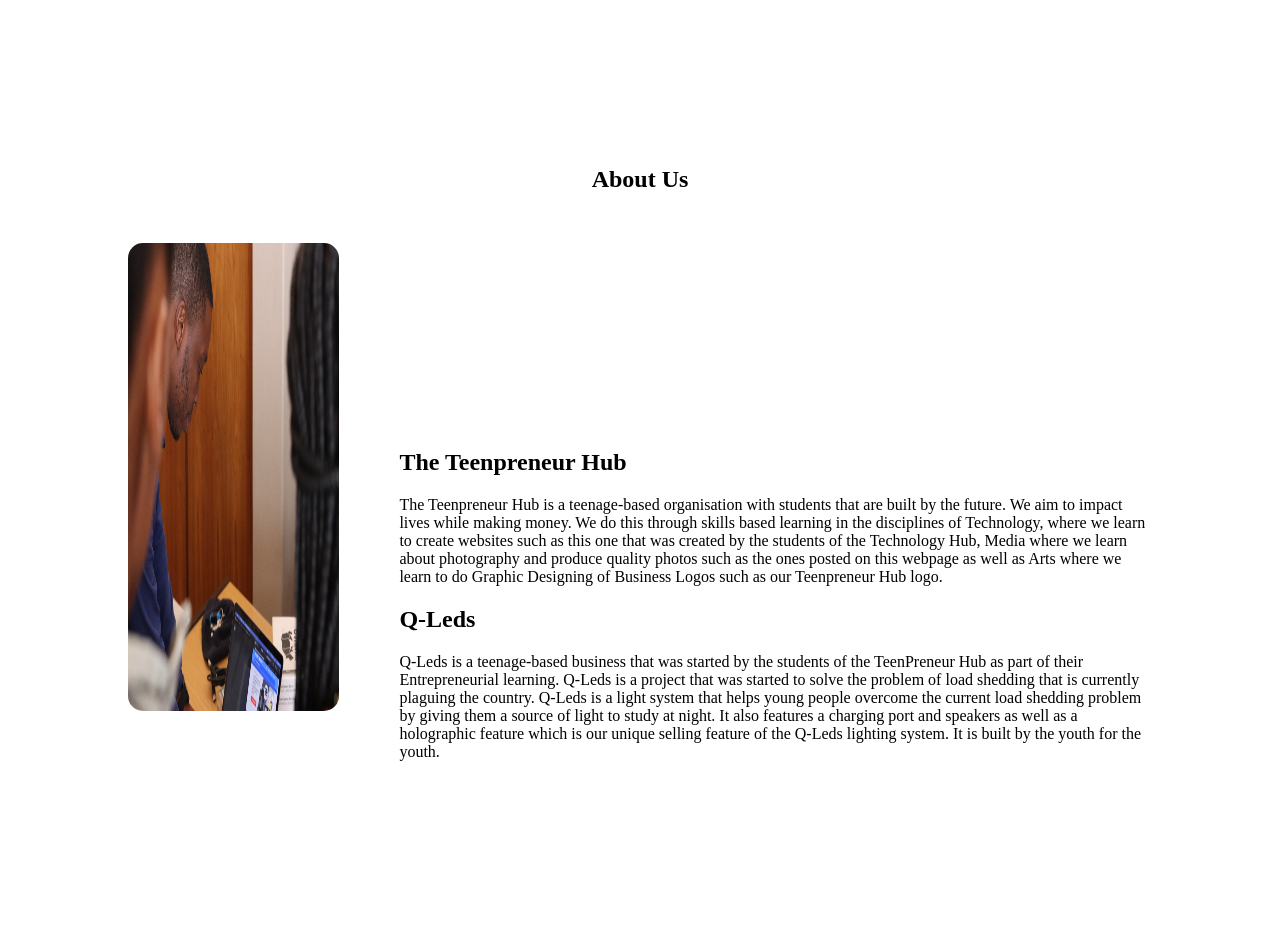
Repository: chadrackkyungu/4-BCT-TPH-Website
Page: index.html
The author's editor kept a copy of each file at every save. The page is drawn from the files as they stood at one save, then again after the next save.
The browser window is 1280 px wide. The pictures show the part of the page from y = 824 to 1776 px (the page is 2781 px tall).
A picture or video elsewhere on the page could not be fetched, so the positions and the page height are approximate.

Above is the page before, as saved 2022-10-21 09:19:28.

### index.html
<!DOCTYPE html>
<html lang="en">

<head>
    <meta charset="UTF-8">
    <meta http-equiv="X-UA-Compatible" content="IE=edge">
    <meta name="viewport" content="width=device-width, initial-scale=1.0">
    <title> TPH LAB </title>
    <link rel="stylesheet" href="/src/css/style.css">
</head>

<body>

    <div class="navigation">
        <div class="logocontainer">
            <img class="image1" src="./src/images/logo.png" alt="">
        </div>

        <ul class="nav-link">
            <a href="#about">
                <li>About</li>
            </a>
            <a href="#product">
                <li>Our Product</li>
            </a>
            <a href="#contact">
                <li>Contact Us</li>
            </a>
        </ul>
    </div>

    <div class="section1">
        <h2 class="title"> TEEN PRENEUR HUB 2022</h2>

        <div class="image-container">
            <img src="./src/images/img-2.jpeg" alt="">
        </div>
    </div>

    <div class="section1">
        <a id="about">
            <h2 class="title"> About Us</h2>
        </a>

        <div class="aboutcontainer">
            <div class="image-container">
                <img src="./src/images/img-2.jpeg" alt="">
            </div>


            <div class="contentcontainer">
                <h2>The Teenpreneur Hub</h2>

                <p>The Teenpreneur Hub is a teenage-based organisation with students that are built by the future. We aim to impact lives while making money. We do this through skills based learning in the disciplines of Technology, where we learn to create
                    websites such as this one that was created by the students of the Technology Hub, Media where we learn about photography and produce quality photos such as the ones posted on this webpage as well as Arts where we learn to do Graphic
                    Designing of Business Logos such as our Teenpreneur Hub logo.</p>

                <h2>Q-Leds</h2>

                <p>Q-Leds is a teenage-based business that was started by the students of the TeenPreneur Hub as part of their Entrepreneurial learning. Q-Leds is a project that was started to solve the problem of load shedding that is currently plaguing
                    the country. Q-Leds is a light system that helps young people overcome the current load shedding problem by giving them a source of light to study at night. It also features a charging port and speakers as well as a holographic feature
                    which is our unique selling feature of the Q-Leds lighting system. It is built by the youth for the youth.
                </p>

            </div>

        </div>
    </div>

    <div class="section1">
        <a id="product">
            <h2 class="title">Our Product</h2>
        </a>


        <div class="productcontainer">
            <div class="prductimagecontainer">
                <img src="./imagine.jpg" alt="">
            </div>
            <div class="prductimagecontainer">
                <img src="./imagine.jpg" alt="">
            </div>
            <div class="prductimagecontainer">
                <img src="./imagine.jpg" alt="">
            </div>
            <div class="prductimagecontainer">
                <img src="./imagine.jpg" alt="">
            </div>
            <div class="prductimagecontainer">
                <img src="./imagine.jpg" alt="">
            </div>
            <div class="prductimagecontainer">
                <img src="./imagine.jpg" alt="">
            </div>

        </div>
    </div>

    <div class="section1">
        <a id="contact">
            <h2 class="title"> Contact Us</h2>
        </a>

        <div class="contactcontainer">
            <div class="contactcontent">
                <P>Address: 52 Fife Avenue, Berea, Johannesburg, 2198</P>
                <p>Contact us on: 063 397 3539</p>
                <p>Email us on: mashudu@teenagers.org.za</p>
                <p><a href="https://teenagers.org.za/" target=" "> Website: www.teenagers.org.za </a></p>
                <p>Facebook: Teenagers Empowerment Program</p>
                <p>Instagram: @teenagersza</p>
            </div>
        </div>
    </div>

    <div class="nav-link"> </div>
</body>
<html>

### src/css/style.css
html,
body {
    box-sizing: 0;
    margin: 0;
    padding: 0;
}


/* NAVBAR */

.navigation {
    background-color: #509e2e;
    display: flex;
    justify-content: space-around;
    align-items: center;
}

.image1 {
    width: 100px;
}

.nav-link {
    display: flex;
}

.nav-link li {
    list-style-type: none;
    padding: 5px;
    color: white;
}

.nav-link a {
    text-decoration: none !important;
}


/* SECTION 1 */

.section1 {
    width: 80%;
    margin: 0 auto;
}

img {
    border-radius: 15px;
}

.title {
    text-align: center;
    margin-bottom: 50px;
    margin-top: 50px;
}

.image-container {
    width: 100%;
    height: 100vh;
}

.image-container img {
    width: 100%;
    height: 65% !important;
}

.aboutcontainer {
    display: flex;
    justify-content: space-around;
    align-items: center;
}

.contentcontainer {
    margin-left: 60px;
}

.productcontainer {
    display: grid;
    grid-template-columns: 1fr 1fr 1fr;
    gap: 20px;
}

.prductimagecontainer {
    width: 100%;
}

.prductimagecontainer img {
    width: 100%;
}

.contactcontainer {
    display: flex;
    justify-content: center;
    align-items: center;
}

.contactcontent {
    margin: auto 0;
    text-align: center;
}

.logocontainer {
    width: 10%;
}

.logocontainer img {
    width: 50%;
    border-radius: 100%;
}

After the next save:
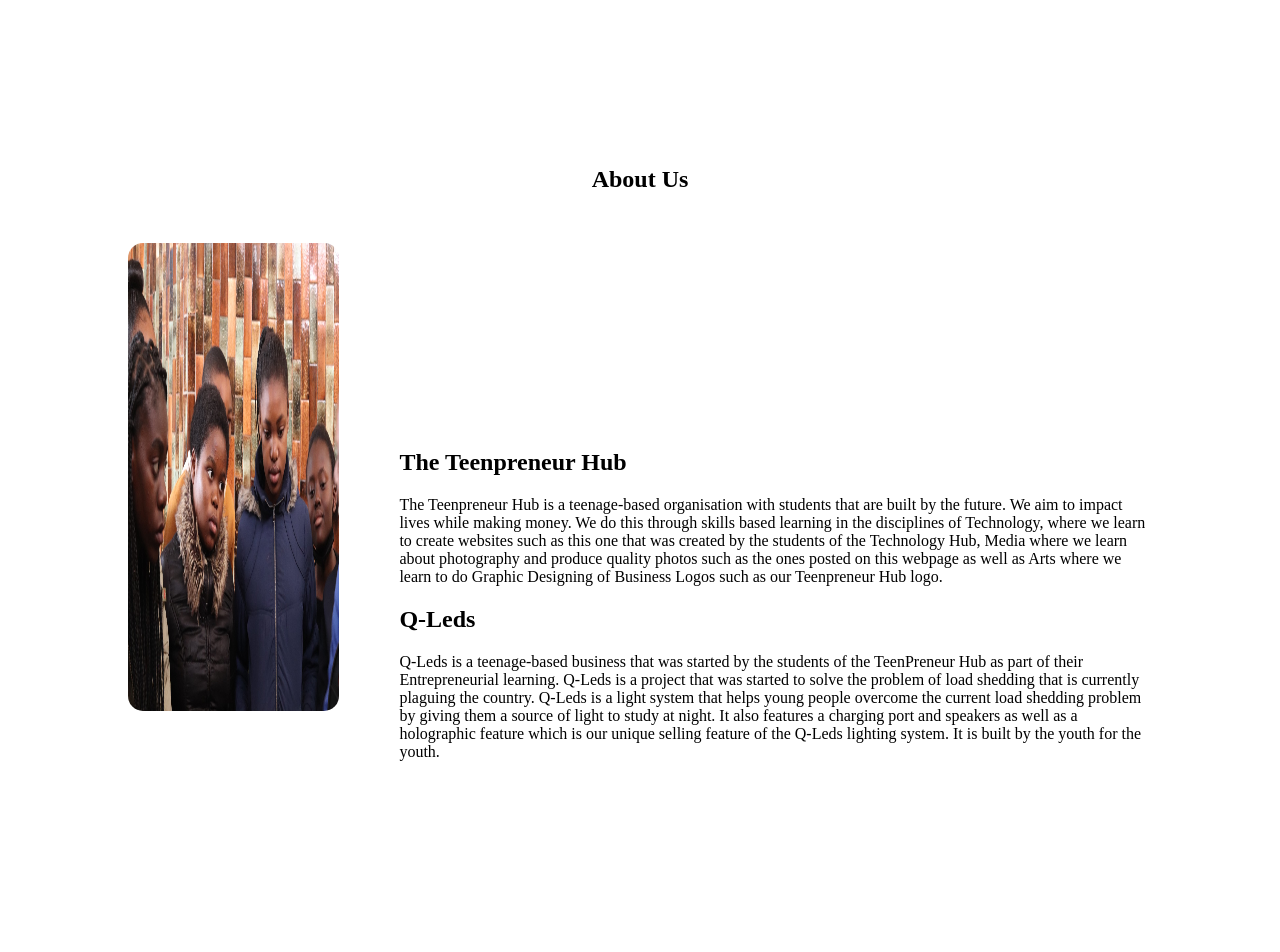
Saved 6 s later.
--- a/index.html
+++ b/index.html
@@ -44,7 +44,7 @@
 
         <div class="aboutcontainer">
             <div class="image-container">
-                <img src="./src/images/img-2.jpeg" alt="">
+                <img src="./src/images/img-3.jpeg" alt="">
             </div>
 
 
